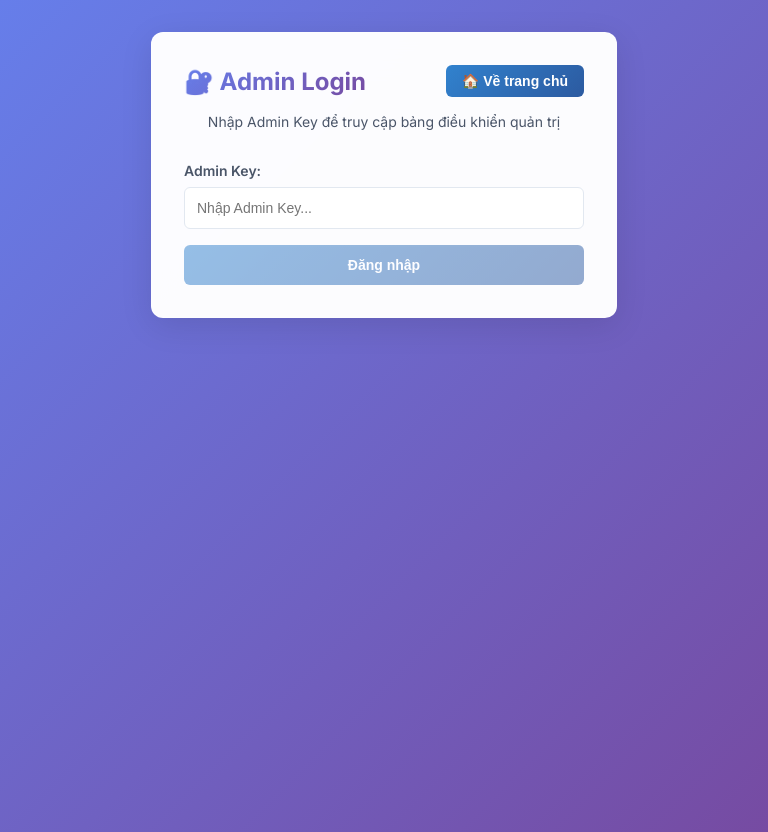
Repository: HuynhPPP/Quiz_App
Page: / (app in frontend/), after clicking the first element matching `button.admin-toggle-btn`
An editor plug-in stored every save of this project. The page is shown before and after the next save, followed by the edit.
The browser window is 768 px wide. The pictures show the whole page.
The page's requests for data from a server got no answer. The project was rebuilt for these pictures with package versions that can differ from the ones it lists, and the page was loaded fresh each time. No one was signed in, and anything a server would have sent is missing. Also part of the build but not shown: frontend/vite.config.js, frontend/src/components/Resutl.jsx, frontend/src/components/Review.jsx, frontend/src/components/PlayerNameSetup.jsx, frontend/src/components/Leaderboard.jsx, frontend/src/components/admin/QuestionManagement.jsx, frontend/src/components/admin/PlayerManagement.jsx, frontend/src/components/admin/AdminStats.jsx and 1 more.

Above is the page before, as saved 2025-09-28 14:32:17.

### frontend/index.html
<!doctype html>
<html lang="en">
  <head>
    <meta charset="UTF-8" />
    <link rel="icon" type="image/svg+xml" href="/vite.svg" />
    <meta name="viewport" content="width=device-width, initial-scale=1.0" />
    <link rel="preconnect" href="https://fonts.googleapis.com">
    <link rel="preconnect" href="https://fonts.gstatic.com" crossorigin>
    <link href="https://fonts.googleapis.com/css2?family=Inter:wght@300;400;500;600;700;800&display=swap" rel="stylesheet">
    <title>Quiz Vui</title>
  </head>
  <body>
    <div id="root"></div>
    <script type="module" src="/src/main.jsx"></script>
  </body>
</html>

### frontend/src/styles/admin.css
/* Admin Dashboard - Compact & Professional Design */

/* Base Admin Styles */
.admin-dashboard {
  max-width: 1400px;
  margin: 0 auto;
  padding: 1rem;
  background: rgba(255, 255, 255, 0.98);
  border-radius: 12px;
  box-shadow: 0 4px 20px rgba(0, 0, 0, 0.08);
  backdrop-filter: blur(10px);
  border: 1px solid rgba(255, 255, 255, 0.3);
}

.admin-header {
  display: flex;
  justify-content: space-between;
  align-items: center;
  margin-bottom: 1.5rem;
  padding: 1rem;
  background: linear-gradient(135deg, #f8fafc 0%, #e2e8f0 100%);
  border-radius: 8px;
  border: 1px solid #e2e8f0;
}

.admin-header h1 {
  color: #1a202c;
  margin: 0;
  font-size: 1.5rem;
  font-weight: 700;
  letter-spacing: -0.025em;
}

.admin-actions {
  display: flex;
  align-items: center;
  gap: 1rem;
}

.admin-status {
  color: #38a169;
  font-size: 0.875rem;
  font-weight: 600;
}

.home-btn {
  background: linear-gradient(135deg, #3182ce 0%, #2c5aa0 100%);
  color: white;
  border: none;
  padding: 0.5rem 1rem;
  border-radius: 6px;
  cursor: pointer;
  font-size: 0.875rem;
  font-weight: 600;
  transition: all 0.2s ease;
}

.home-btn:hover {
  transform: translateY(-1px);
  box-shadow: 0 4px 12px rgba(49, 130, 206, 0.3);
}

.logout-btn {
  background: linear-gradient(135deg, #e53e3e 0%, #c53030 100%);
  color: white;
  border: none;
  padding: 0.5rem 1rem;
  border-radius: 6px;
  cursor: pointer;
  font-size: 0.875rem;
  font-weight: 600;
  transition: all 0.2s ease;
}

.logout-btn:hover {
  transform: translateY(-1px);
  box-shadow: 0 4px 12px rgba(229, 62, 62, 0.3);
}

/* Admin Tabs */
.admin-tabs {
  display: flex;
  gap: 0.5rem;
  margin-bottom: 1.5rem;
  padding: 0.5rem;
  background: #f7fafc;
  border-radius: 8px;
  border: 1px solid #e2e8f0;
}

.tab-btn {
  flex: 1;
  background: transparent;
  border: none;
  padding: 0.75rem 1rem;
  border-radius: 6px;
  cursor: pointer;
  font-size: 0.875rem;
  font-weight: 600;
  color: #4a5568;
  transition: all 0.2s ease;
}

.tab-btn:hover {
  background: rgba(255, 255, 255, 0.8);
  color: #2d3748;
}

.tab-btn.active {
  background: linear-gradient(135deg, #3182ce 0%, #2c5aa0 100%);
  color: white;
  box-shadow: 0 2px 8px rgba(49, 130, 206, 0.3);
}

/* Admin Content */
.admin-content {
  background: white;
  border-radius: 8px;
  border: 1px solid #e2e8f0;
  overflow: hidden;
}

/* Management Header */
.management-header {
  display: flex;
  justify-content: space-between;
  align-items: center;
  padding: 1rem 1.5rem;
  background: #f8fafc;
  border-bottom: 1px solid #e2e8f0;
}

.management-header h2 {
  color: #1a202c;
  margin: 0;
  font-size: 1.25rem;
  font-weight: 700;
}

.add-btn {
  background: linear-gradient(135deg, #38a169 0%, #2f855a 100%);
  color: white;
  border: none;
  padding: 0.5rem 1rem;
  border-radius: 6px;
  cursor: pointer;
  font-size: 0.875rem;
  font-weight: 600;
  transition: all 0.2s ease;
}

.add-btn:hover {
  transform: translateY(-1px);
  box-shadow: 0 4px 12px rgba(56, 161, 105, 0.3);
}

/* Filters and Search */
.filters-and-search {
  display: flex;
  gap: 1rem;
  padding: 1rem 1.5rem;
  background: #f7fafc;
  border-bottom: 1px solid #e2e8f0;
}

.filter-group, .search-group {
  display: flex;
  flex-direction: column;
  gap: 0.5rem;
  flex: 1;
}

.filter-group label, .search-group label {
  font-size: 0.75rem;
  font-weight: 600;
  color: #4a5568;
  text-transform: uppercase;
  letter-spacing: 0.05em;
}

.filter-group select, .search-group input {
  padding: 0.5rem;
  border: 1px solid #e2e8f0;
  border-radius: 6px;
  font-size: 0.875rem;
  background: white;
  transition: border-color 0.2s ease;
}

.filter-group select:focus, .search-group input:focus {
  outline: none;
  border-color: #3182ce;
  box-shadow: 0 0 0 3px rgba(49, 130, 206, 0.1);
}

.search-group {
  display: flex;
  flex-direction: column;
  gap: 0.5rem;
}

.search-group > div {
  display: flex;
  gap: 0.5rem;
}

.search-btn {
  background: linear-gradient(135deg, #3182ce 0%, #2c5aa0 100%);
  color: white;
  border: none;
  padding: 0.5rem;
  border-radius: 6px;
  cursor: pointer;
  font-size: 0.875rem;
  transition: all 0.2s ease;
  min-width: 40px;
}

.search-btn:hover {
  transform: translateY(-1px);
  box-shadow: 0 4px 12px rgba(49, 130, 206, 0.3);
}

/* Question List */
.question-list {
  padding: 1rem;
}

.question-card {
  background: white;
  border: 1px solid #e2e8f0;
  border-radius: 8px;
  padding: 1rem;
  margin-bottom: 0.75rem;
  transition: all 0.2s ease;
}

.question-card:hover {
  border-color: #3182ce;
  box-shadow: 0 2px 8px rgba(49, 130, 206, 0.1);
}

.question-header {
  display: flex;
  justify-content: space-between;
  align-items: center;
  margin-bottom: 0.75rem;
}

.category-tag {
  background: linear-gradient(135deg, #3182ce 0%, #2c5aa0 100%);
  color: white;
  padding: 0.25rem 0.75rem;
  border-radius: 12px;
  font-size: 0.75rem;
  font-weight: 600;
}

.question-actions {
  display: flex;
  gap: 0.5rem;
}

.edit-btn, .delete-btn {
  background: transparent;
  border: 1px solid #e2e8f0;
  padding: 0.25rem 0.5rem;
  border-radius: 4px;
  cursor: pointer;
  font-size: 0.75rem;
  transition: all 0.2s ease;
}

.edit-btn:hover {
  background: #ebf8ff;
  border-color: #3182ce;
  color: #3182ce;
}

.delete-btn:hover {
  background: #fed7d7;
  border-color: #e53e3e;
  color: #e53e3e;
}

.question-text {
  color: #2d3748;
  font-size: 0.875rem;
  font-weight: 500;
  margin: 0 0 0.75rem 0;
  line-height: 1.5;
}

.options-display {
  display: flex;
  flex-direction: column;
  gap: 0.5rem;
}

.option-item {
  padding: 0.5rem;
  background: #f7fafc;
  border: 1px solid #e2e8f0;
  border-radius: 6px;
  font-size: 0.8rem;
  color: #4a5568;
}

.option-item.correct {
  background: linear-gradient(135deg, #c6f6d5 0%, #9ae6b4 100%);
  border-color: #38a169;
  color: #2f855a;
  font-weight: 600;
}

/* Category Management */
.category-management {
  padding: 1.5rem;
}

.category-grid {
  display: grid;
  grid-template-columns: repeat(auto-fill, minmax(300px, 1fr));
  gap: 1rem;
  margin-top: 1rem;
}

.category-card {
  background: white;
  border: 1px solid #e2e8f0;
  border-radius: 8px;
  padding: 1rem;
  transition: all 0.2s ease;
}

.category-card:hover {
  border-color: #3182ce;
  box-shadow: 0 2px 8px rgba(49, 130, 206, 0.1);
}

.category-header {
  display: flex;
  align-items: center;
  gap: 0.75rem;
  margin-bottom: 0.75rem;
}

.category-emoji {
  font-size: 1.5rem;
}

.category-name {
  color: #1a202c;
  margin: 0;
  font-size: 1rem;
  font-weight: 600;
}

.category-description {
  color: #4a5568;
  font-size: 0.875rem;
  margin: 0 0 0.75rem 0;
  line-height: 1.4;
}

.category-stats {
  display: flex;
  justify-content: space-between;
  align-items: center;
  margin-bottom: 1rem;
  font-size: 0.75rem;
  color: #718096;
}

.category-actions {
  display: flex;
  gap: 0.5rem;
}

/* Modal Styles */
.modal-overlay {
  position: fixed;
  top: 0;
  left: 0;
  right: 0;
  bottom: 0;
  background: rgba(0, 0, 0, 0.5);
  display: flex;
  align-items: center;
  justify-content: center;
  z-index: 1000;
}

.modal-content {
  background: white;
  border-radius: 8px;
  padding: 1.5rem;
  max-width: 500px;
  width: 90%;
  max-height: 80vh;
  overflow-y: auto;
  box-shadow: 0 20px 40px rgba(0, 0, 0, 0.15);
}

.modal-content h3 {
  color: #1a202c;
  margin: 0 0 1rem 0;
  font-size: 1.125rem;
  font-weight: 700;
}

.form-group {
  margin-bottom: 1rem;
}

.form-group label {
  display: block;
  font-size: 0.875rem;
  font-weight: 600;
  color: #4a5568;
  margin-bottom: 0.5rem;
}

.form-group input,
.form-group textarea,
.form-group select {
  width: 100%;
  padding: 0.75rem;
  border: 1px solid #e2e8f0;
  border-radius: 6px;
  font-size: 0.875rem;
  background: white;
  transition: border-color 0.2s ease;
  box-sizing: border-box;
}

.form-group input:focus,
.form-group textarea:focus,
.form-group select:focus {
  outline: none;
  border-color: #3182ce;
  box-shadow: 0 0 0 3px rgba(49, 130, 206, 0.1);
}

.form-group textarea {
  resize: vertical;
  min-height: 80px;
}

.emoji-selector {
  display: grid;
  grid-template-columns: repeat(6, 1fr);
  gap: 0.5rem;
}

.emoji-option {
  background: transparent;
  border: 1px solid #e2e8f0;
  padding: 0.5rem;
  border-radius: 6px;
  cursor: pointer;
  font-size: 1.25rem;
  transition: all 0.2s ease;
}

.emoji-option:hover {
  background: #f7fafc;
  border-color: #3182ce;
}

.emoji-option.selected {
  background: linear-gradient(135deg, #3182ce 0%, #2c5aa0 100%);
  border-color: #2c5aa0;
  color: white;
}

.form-error {
  color: #e53e3e;
  font-size: 0.875rem;
  margin: 0.5rem 0;
  padding: 0.5rem;
  background: #fed7d7;
  border-radius: 4px;
  border: 1px solid #feb2b2;
}

.modal-actions {
  display: flex;
  gap: 0.75rem;
  justify-content: flex-end;
  margin-top: 1.5rem;
}

.save-btn, .cancel-btn {
  padding: 0.75rem 1.5rem;
  border-radius: 6px;
  font-size: 0.875rem;
  font-weight: 600;
  cursor: pointer;
  transition: all 0.2s ease;
}

.save-btn {
  background: linear-gradient(135deg, #38a169 0%, #2f855a 100%);
  color: white;
  border: none;
}

.save-btn:hover {
  transform: translateY(-1px);
  box-shadow: 0 4px 12px rgba(56, 161, 105, 0.3);
}

.cancel-btn {
  background: transparent;
  color: #4a5568;
  border: 1px solid #e2e8f0;
}

.cancel-btn:hover {
  background: #f7fafc;
  border-color: #cbd5e0;
}

/* Pagination */
.pagination {
  display: flex;
  justify-content: center;
  align-items: center;
  gap: 1rem;
  padding: 1rem;
  background: #f8fafc;
  border-top: 1px solid #e2e8f0;
}

.pagination button {
  background: white;
  border: 1px solid #e2e8f0;
  padding: 0.5rem 1rem;
  border-radius: 6px;
  cursor: pointer;
  font-size: 0.875rem;
  font-weight: 600;
  color: #4a5568;
  transition: all 0.2s ease;
}

.pagination button:hover:not(:disabled) {
  background: #f7fafc;
  border-color: #3182ce;
  color: #3182ce;
}

.pagination button:disabled {
  opacity: 0.5;
  cursor: not-allowed;
}

.pagination span {
  color: #4a5568;
  font-size: 0.875rem;
  font-weight: 600;
}

/* Admin Stats Styles */
.admin-stats {
  padding: 1.5rem;
}

.stats-header {
  display: flex;
  justify-content: space-between;
  align-items: center;
  margin-bottom: 1.5rem;
}

.stats-header h2 {
  color: #1a202c;
  margin: 0;
  font-size: 1.25rem;
  font-weight: 700;
}

.refresh-btn {
  background: linear-gradient(135deg, #3182ce 0%, #2c5aa0 100%);
  color: white;
  border: none;
  padding: 0.5rem 1rem;
  border-radius: 6px;
  cursor: pointer;
  font-size: 0.875rem;
  font-weight: 600;
  transition: all 0.2s ease;
}

.refresh-btn:hover {
  transform: translateY(-1px);
  box-shadow: 0 4px 12px rgba(49, 130, 206, 0.3);
}

.stats-overview {
  display: grid;
  grid-template-columns: repeat(auto-fit, minmax(200px, 1fr));
  gap: 1rem;
  margin-bottom: 2rem;
}

.stat-card {
  background: white;
  border: 1px solid #e2e8f0;
  border-radius: 8px;
  padding: 1.5rem;
  display: flex;
  align-items: center;
  gap: 1rem;
  transition: all 0.2s ease;
}

.stat-card:hover {
  border-color: #3182ce;
  box-shadow: 0 2px 8px rgba(49, 130, 206, 0.1);
}

.stat-icon {
  font-size: 2rem;
  opacity: 0.8;
}

.stat-content h3 {
  color: #1a202c;
  margin: 0;
  font-size: 1.5rem;
  font-weight: 700;
}

.stat-content p {
  color: #4a5568;
  margin: 0;
  font-size: 0.875rem;
  font-weight: 500;
}

.top-player-card {
  background: linear-gradient(135deg, #fef5e7 0%, #fed7aa 100%);
  border: 1px solid #f6ad55;
  border-radius: 8px;
  padding: 1.5rem;
  margin-bottom: 2rem;
}

.top-player-card h3 {
  color: #c05621;
  margin: 0 0 1rem 0;
  font-size: 1.125rem;
  font-weight: 700;
}

.top-player-info {
  display: flex;
  flex-direction: column;
  gap: 0.5rem;
}

.player-name {
  color: #1a202c;
  font-size: 1rem;
  font-weight: 600;
}

.player-score {
  color: #c05621;
  font-size: 1.25rem;
  font-weight: 700;
}

.player-date {
  color: #4a5568;
  font-size: 0.875rem;
}

.category-stats, .recent-activity, .daily-activity {
  background: white;
  border: 1px solid #e2e8f0;
  border-radius: 8px;
  padding: 1.5rem;
  margin-bottom: 1.5rem;
}

.category-stats h3, .recent-activity h3, .daily-activity h3 {
  color: #1a202c;
  margin: 0 0 1rem 0;
  font-size: 1.125rem;
  font-weight: 700;
}

.category-list {
  display: flex;
  flex-direction: column;
  gap: 0.75rem;
}

.category-item {
  display: flex;
  justify-content: space-between;
  align-items: center;
  padding: 0.75rem;
  background: #f7fafc;
  border-radius: 6px;
  border: 1px solid #e2e8f0;
}

.category-name {
  color: #2d3748;
  font-weight: 600;
}

.category-count {
  color: #4a5568;
  font-size: 0.875rem;
}

.activity-list {
  display: flex;
  flex-direction: column;
  gap: 0.75rem;
}

.activity-item {
  display: flex;
  justify-content: space-between;
  align-items: center;
  padding: 0.75rem;
  background: #f7fafc;
  border-radius: 6px;
  border: 1px solid #e2e8f0;
}

.activity-player {
  color: #2d3748;
  font-weight: 600;
}

.activity-score {
  color: #3182ce;
  font-weight: 600;
}

.activity-date {
  color: #4a5568;
  font-size: 0.875rem;
}

.daily-chart {
  display: flex;
  gap: 0.5rem;
  align-items: end;
  height: 120px;
  padding: 1rem 0;
}

.daily-bar {
  flex: 1;
  display: flex;
  flex-direction: column;
  align-items: center;
  gap: 0.5rem;
}

.bar-label {
  font-size: 0.75rem;
  color: #4a5568;
  font-weight: 600;
}

.bar-container {
  flex: 1;
  width: 100%;
  background: #f7fafc;
  border-radius: 4px 4px 0 0;
  position: relative;
  min-height: 20px;
}

.bar-fill {
  position: absolute;
  bottom: 0;
  left: 0;
  right: 0;
  background: linear-gradient(135deg, #3182ce 0%, #2c5aa0 100%);
  border-radius: 4px 4px 0 0;
  transition: height 0.3s ease;
}

.bar-value {
  font-size: 0.75rem;
  color: #4a5568;
  font-weight: 600;
}

/* Player Management Styles */
.player-management {
  padding: 1.5rem;
}

.search-section {
  padding: 1rem 1.5rem;
  background: #f7fafc;
  border-bottom: 1px solid #e2e8f0;
}

.search-input {
  width: 100%;
  padding: 0.75rem;
  border: 1px solid #e2e8f0;
  border-radius: 6px;
  font-size: 0.875rem;
  background: white;
  transition: border-color 0.2s ease;
}

.search-input:focus {
  outline: none;
  border-color: #3182ce;
  box-shadow: 0 0 0 3px rgba(49, 130, 206, 0.1);
}

.players-list {
  padding: 1rem;
}

.player-card {
  background: white;
  border: 1px solid #e2e8f0;
  border-radius: 8px;
  padding: 1rem;
  margin-bottom: 0.75rem;
  transition: all 0.2s ease;
}

.player-card:hover {
  border-color: #3182ce;
  box-shadow: 0 2px 8px rgba(49, 130, 206, 0.1);
}

.player-header {
  display: flex;
  justify-content: space-between;
  align-items: center;
  margin-bottom: 0.75rem;
}

.player-name {
  color: #1a202c;
  font-size: 1rem;
  font-weight: 600;
}

.player-grade {
  font-size: 1.25rem;
  font-weight: 700;
}

.player-stats {
  display: grid;
  grid-template-columns: repeat(auto-fit, minmax(120px, 1fr));
  gap: 0.75rem;
  margin-bottom: 1rem;
}

.stat-item {
  display: flex;
  flex-direction: column;
  gap: 0.25rem;
}

.stat-label {
  color: #4a5568;
  font-size: 0.75rem;
  font-weight: 600;
  text-transform: uppercase;
  letter-spacing: 0.05em;
}

.stat-value {
  color: #2d3748;
  font-size: 0.875rem;
  font-weight: 600;
}

.player-actions {
  display: flex;
  gap: 0.5rem;
}

.view-btn, .delete-btn {
  background: transparent;
  border: 1px solid #e2e8f0;
  padding: 0.5rem 1rem;
  border-radius: 6px;
  cursor: pointer;
  font-size: 0.875rem;
  font-weight: 600;
  transition: all 0.2s ease;
}

.view-btn:hover {
  background: #ebf8ff;
  border-color: #3182ce;
  color: #3182ce;
}

.delete-btn:hover {
  background: #fed7d7;
  border-color: #e53e3e;
  color: #e53e3e;
}

/* Player Modal Styles */
.player-modal {
  max-width: 600px;
  width: 90%;
}

.modal-header {
  display: flex;
  justify-content: space-between;
  align-items: center;
  margin-bottom: 1rem;
  padding-bottom: 1rem;
  border-bottom: 1px solid #e2e8f0;
}

.modal-header h3 {
  color: #1a202c;
  margin: 0;
  font-size: 1.125rem;
  font-weight: 700;
}

.close-btn {
  background: transparent;
  border: none;
  font-size: 1.25rem;
  cursor: pointer;
  color: #4a5568;
  padding: 0.25rem;
  border-radius: 4px;
  transition: all 0.2s ease;
}

.close-btn:hover {
  background: #f7fafc;
  color: #2d3748;
}

.player-summary {
  display: grid;
  grid-template-columns: repeat(auto-fit, minmax(120px, 1fr));
  gap: 1rem;
  margin-bottom: 2rem;
}

.summary-card {
  background: #f7fafc;
  border: 1px solid #e2e8f0;
  border-radius: 6px;
  padding: 1rem;
  text-align: center;
}

.summary-card h4 {
  color: #4a5568;
  margin: 0 0 0.5rem 0;
  font-size: 0.875rem;
  font-weight: 600;
  text-transform: uppercase;
  letter-spacing: 0.05em;
}

.summary-value {
  color: #1a202c;
  font-size: 1.25rem;
  font-weight: 700;
}

.player-timeline h4 {
  color: #1a202c;
  margin: 0 0 1rem 0;
  font-size: 1rem;
  font-weight: 700;
}

.timeline-list {
  max-height: 300px;
  overflow-y: auto;
  border: 1px solid #e2e8f0;
  border-radius: 6px;
}

.timeline-item {
  display: flex;
  justify-content: space-between;
  align-items: center;
  padding: 0.75rem;
  border-bottom: 1px solid #e2e8f0;
}

.timeline-item:last-child {
  border-bottom: none;
}

.timeline-date {
  color: #4a5568;
  font-size: 0.875rem;
}

.timeline-score {
  font-weight: 600;
}

.modal-footer {
  display: flex;
  justify-content: flex-end;
  margin-top: 1.5rem;
  padding-top: 1rem;
  border-top: 1px solid #e2e8f0;
}

.close-modal-btn {
  background: transparent;
  color: #4a5568;
  border: 1px solid #e2e8f0;
  padding: 0.75rem 1.5rem;
  border-radius: 6px;
  cursor: pointer;
  font-size: 0.875rem;
  font-weight: 600;
  transition: all 0.2s ease;
}

.close-modal-btn:hover {
  background: #f7fafc;
  border-color: #cbd5e0;
}

/* Loading and Error States */
.admin-loading, .admin-error, .no-data {
  text-align: center;
  padding: 3rem;
  color: #4a5568;
}

.admin-error {
  color: #e53e3e;
}

.no-data-subtitle {
  font-size: 0.875rem;
  margin-top: 0.5rem;
  opacity: 0.8;
}

.loading-container, .error-container {
  text-align: center;
  padding: 3rem;
}

.loading-spinner {
  width: 40px;
  height: 40px;
  border: 4px solid #e2e8f0;
  border-top: 4px solid #3182ce;
  border-radius: 50%;
  animation: spin 1s linear infinite;
  margin: 0 auto 1rem;
}

@keyframes spin {
  0% { transform: rotate(0deg); }
  100% { transform: rotate(360deg); }
}

.retry-btn {
  background: linear-gradient(135deg, #3182ce 0%, #2c5aa0 100%);
  color: white;
  border: none;
  padding: 0.75rem 1.5rem;
  border-radius: 6px;
  cursor: pointer;
  font-size: 0.875rem;
  font-weight: 600;
  transition: all 0.2s ease;
  margin-top: 1rem;
}

.retry-btn:hover {
  transform: translateY(-1px);
  box-shadow: 0 4px 12px rgba(49, 130, 206, 0.3);
}

/* Login Styles */
.admin-login {
  max-width: 400px;
  margin: 2rem auto;
  padding: 2rem;
  background: rgba(255, 255, 255, 0.98);
  border-radius: 12px;
  box-shadow: 0 8px 32px rgba(0, 0, 0, 0.1);
  backdrop-filter: blur(20px);
  border: 1px solid rgba(255, 255, 255, 0.2);
}

.login-header {
  display: flex;
  justify-content: space-between;
  align-items: center;
  margin-bottom: 1rem;
}

.login-container h1 {
  color: #1a202c;
  margin: 0;
  font-size: 1.5rem;
  font-weight: 700;
}

.home-btn-login {
  background: linear-gradient(135deg, #3182ce 0%, #2c5aa0 100%);
  color: white;
  border: none;
  padding: 0.5rem 1rem;
  border-radius: 6px;
  cursor: pointer;
  font-size: 0.875rem;
  font-weight: 600;
  transition: all 0.2s ease;
}

.home-btn-login:hover {
  transform: translateY(-1px);
  box-shadow: 0 4px 12px rgba(49, 130, 206, 0.3);
}

.login-description {
  color: #4a5568;
  font-size: 0.875rem;
  text-align: center;
  margin: 0 0 2rem 0;
}

.login-form {
  display: flex;
  flex-direction: column;
  gap: 1rem;
}

.input-group {
  display: flex;
  flex-direction: column;
  gap: 0.5rem;
}

.input-group label {
  font-size: 0.875rem;
  font-weight: 600;
  color: #4a5568;
}

.input-group input {
  padding: 0.75rem;
  border: 1px solid #e2e8f0;
  border-radius: 6px;
  font-size: 0.875rem;
  background: white;
  transition: border-color 0.2s ease;
}

.input-group input:focus {
  outline: none;
  border-color: #3182ce;
  box-shadow: 0 0 0 3px rgba(49, 130, 206, 0.1);
}

.login-btn {
  background: linear-gradient(135deg, #3182ce 0%, #2c5aa0 100%);
  color: white;
  border: none;
  padding: 0.75rem;
  border-radius: 6px;
  cursor: pointer;
  font-size: 0.875rem;
  font-weight: 600;
  transition: all 0.2s ease;
}

.login-btn:hover:not(:disabled) {
  transform: translateY(-1px);
  box-shadow: 0 4px 12px rgba(49, 130, 206, 0.3);
}

.login-btn:disabled {
  opacity: 0.5;
  cursor: not-allowed;
}

.error-message {
  color: #e53e3e;
  font-size: 0.875rem;
  padding: 0.5rem;
  background: #fed7d7;
  border-radius: 4px;
  border: 1px solid #feb2b2;
}

/* Responsive Design */
@media (max-width: 1024px) {
  .admin-dashboard {
    padding: 0.75rem;
  }

  .admin-tabs {
    flex-wrap: wrap;
  }

  .tab-btn {
    flex: 1 1 calc(50% - 0.25rem);
  }

  .filters-and-search {
    flex-direction: column;
    gap: 0.75rem;
  }

  .category-grid {
    grid-template-columns: repeat(auto-fill, minmax(250px, 1fr));
  }

  .stats-overview {
    grid-template-columns: repeat(auto-fit, minmax(180px, 1fr));
  }

  .player-stats {
    grid-template-columns: repeat(auto-fit, minmax(100px, 1fr));
  }

  .player-summary {
    grid-template-columns: repeat(auto-fit, minmax(100px, 1fr));
  }
}

@media (max-width: 768px) {
  .admin-header {
    flex-direction: column;
    gap: 1rem;
    text-align: center;
  }

  .admin-actions {
    flex-direction: column;
    gap: 0.75rem;
    width: 100%;
  }

  .home-btn, .logout-btn {
    width: 100%;
    max-width: 200px;
  }

  .admin-tabs {
    flex-direction: column;
  }

  .tab-btn {
    flex: none;
  }

  .management-header {
    flex-direction: column;
    gap: 1rem;
    text-align: center;
  }

  .question-header {
    flex-direction: column;
    gap: 0.75rem;
    align-items: flex-start;
  }

  .question-actions {
    align-self: flex-end;
  }

  .category-grid {
    grid-template-columns: 1fr;
  }

  .modal-content {
    width: 95%;
    padding: 1rem;
  }

  .emoji-selector {
    grid-template-columns: repeat(4, 1fr);
  }

  .modal-actions {
    flex-direction: column;
  }

  .pagination {
    flex-direction: column;
    gap: 0.75rem;
  }

  .stats-overview {
    grid-template-columns: repeat(auto-fit, minmax(150px, 1fr));
  }

  .stat-card {
    padding: 1rem;
  }

  .stat-icon {
    font-size: 1.5rem;
  }

  .stat-content h3 {
    font-size: 1.25rem;
  }

  .player-stats {
    grid-template-columns: repeat(2, 1fr);
  }

  .player-header {
    flex-direction: column;
    gap: 0.5rem;
    align-items: flex-start;
  }

  .player-actions {
    align-self: flex-end;
  }

  .daily-chart {
    height: 100px;
  }

  .player-summary {
    grid-template-columns: repeat(2, 1fr);
  }
}

@media (max-width: 480px) {
  .admin-dashboard {
    padding: 0.5rem;
  }

  .admin-header {
    padding: 0.75rem;
  }

  .admin-header h1 {
    font-size: 1.25rem;
  }

  .management-header {
    padding: 0.75rem;
  }

  .management-header h2 {
    font-size: 1.125rem;
  }

  .filters-and-search {
    padding: 0.75rem;
  }

  .question-list {
    padding: 0.75rem;
  }

  .question-card {
    padding: 0.75rem;
  }

  .category-management {
    padding: 1rem;
  }

  .category-card {
    padding: 0.75rem;
  }

  .admin-stats {
    padding: 1rem;
  }

  .stats-overview {
    grid-template-columns: 1fr;
    gap: 0.75rem;
  }

  .stat-card {
    padding: 0.75rem;
  }

  .stat-icon {
    font-size: 1.25rem;
  }

  .stat-content h3 {
    font-size: 1.125rem;
  }

  .top-player-card {
    padding: 1rem;
  }

  .category-stats, .recent-activity, .daily-activity {
    padding: 1rem;
  }

  .player-management {
    padding: 1rem;
  }

  .search-section {
    padding: 0.75rem;
  }

  .players-list {
    padding: 0.75rem;
  }

  .player-card {
    padding: 0.75rem;
  }

  .player-stats {
    grid-template-columns: 1fr;
    gap: 0.5rem;
  }

  .player-actions {
    flex-direction: column;
  }

  .view-btn, .delete-btn {
    width: 100%;
  }

  .daily-chart {
    height: 80px;
    gap: 0.25rem;
  }

  .bar-label {
    font-size: 0.7rem;
  }

  .bar-value {
    font-size: 0.7rem;
  }

  .player-summary {
    grid-template-columns: 1fr;
  }

  .timeline-item {
    flex-direction: column;
    gap: 0.5rem;
    align-items: flex-start;
  }

  .login-header {
    flex-direction: column;
    gap: 0.75rem;
    text-align: center;
  }

  .home-btn-login {
    width: 100%;
    max-width: 200px;
  }
}

Loaded but not shown: frontend/src/main.jsx (common file); frontend/src/services/adminAPI.js (302 lines, source omitted); frontend/src/services/quizAPI.js (137 lines, source omitted); frontend/src/index.css (974 lines, source omitted); frontend/src/styles/responsive.css (931 lines, source omitted); frontend/src/styles/api-integration.css (849 lines, source omitted); frontend/src/components/Quiz.jsx (233 lines, source omitted); frontend/src/components/QuizSelector.jsx (213 lines, source omitted); frontend/src/components/admin/AdminDashboard.jsx (153 lines, source omitted); frontend/src/App.jsx (35 lines, source omitted)

After the next save:
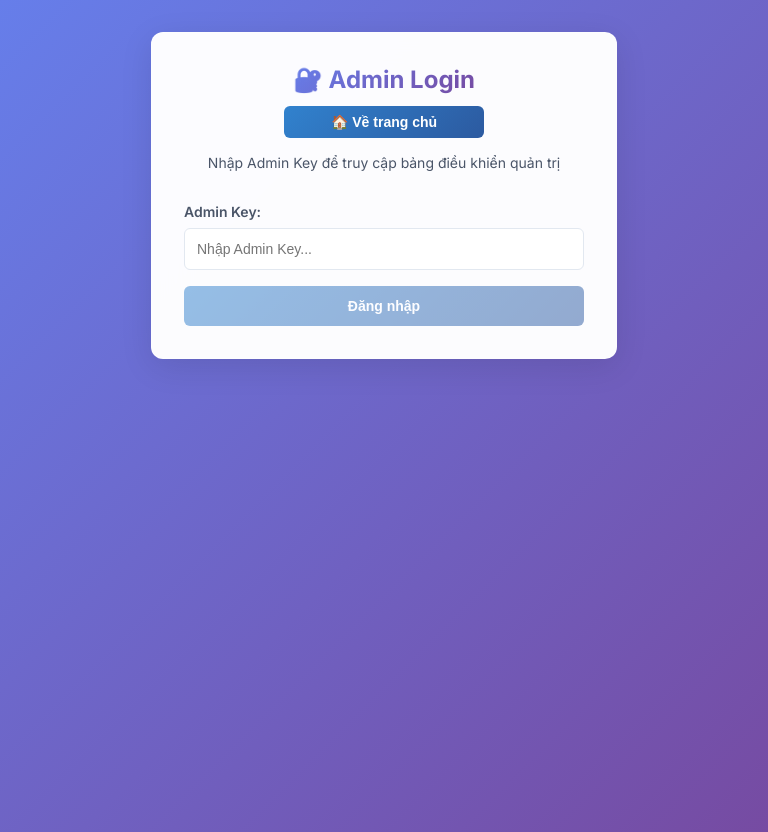
Saved 7 s later.
--- a/frontend/src/styles/admin.css
+++ b/frontend/src/styles/admin.css
@@ -1349,6 +1349,17 @@
   .player-summary {
     grid-template-columns: repeat(2, 1fr);
   }
+
+  .login-header {
+    flex-direction: column;
+    gap: 0.75rem;
+    text-align: center;
+  }
+
+  .home-btn-login {
+    width: 100%;
+    max-width: 200px;
+  }
 }
 
 @media (max-width: 480px) {
